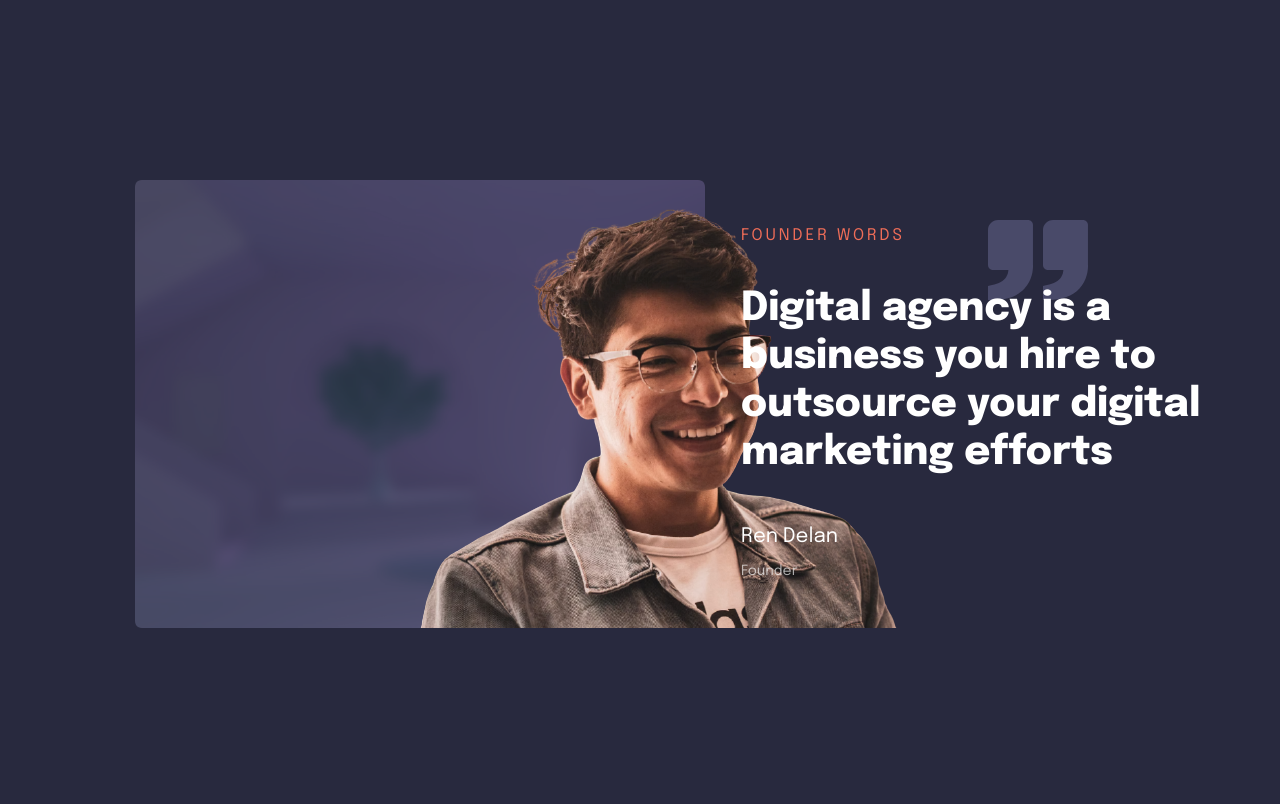
Repository: NatiqSamiyev/image-task
Page: founderWords/index.html
These files come from the project's save history. The page is drawn as it stood at one moment and after a run of saves; the edit follows.
The browser window is 1280 px wide. The pictures show the whole page.

Above is the page before, as saved 2023-09-02 15:39:27.

After the next 4 saves:
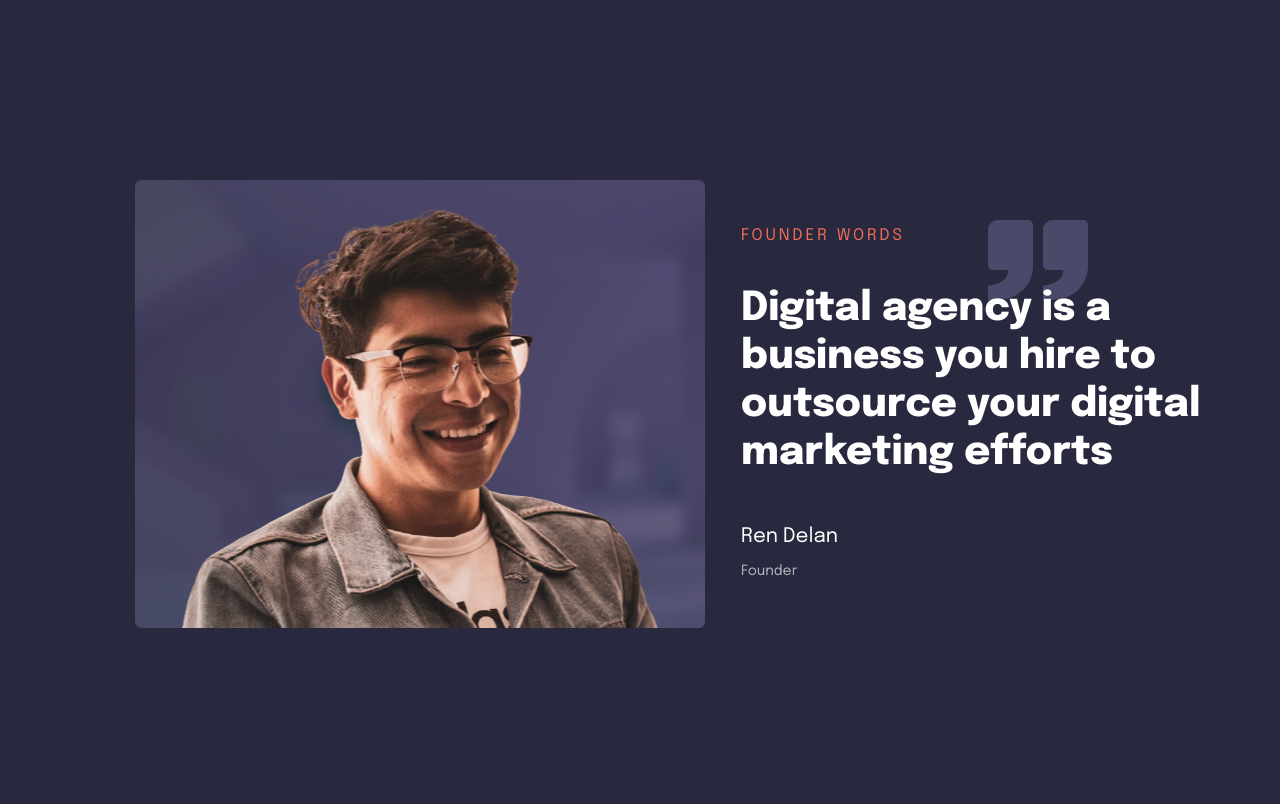
The 4 saves are shown as one change because they came seconds apart.
The last was saved 12 s later.
--- a/founderWords/index.css
+++ b/founderWords/index.css
@@ -31,7 +31,7 @@
   position: absolute;
 bottom: 0;
   left: 50%;
-
+  transform: translateX(-50%);
   /* top: 28%;
   right: 57%; */
 }
